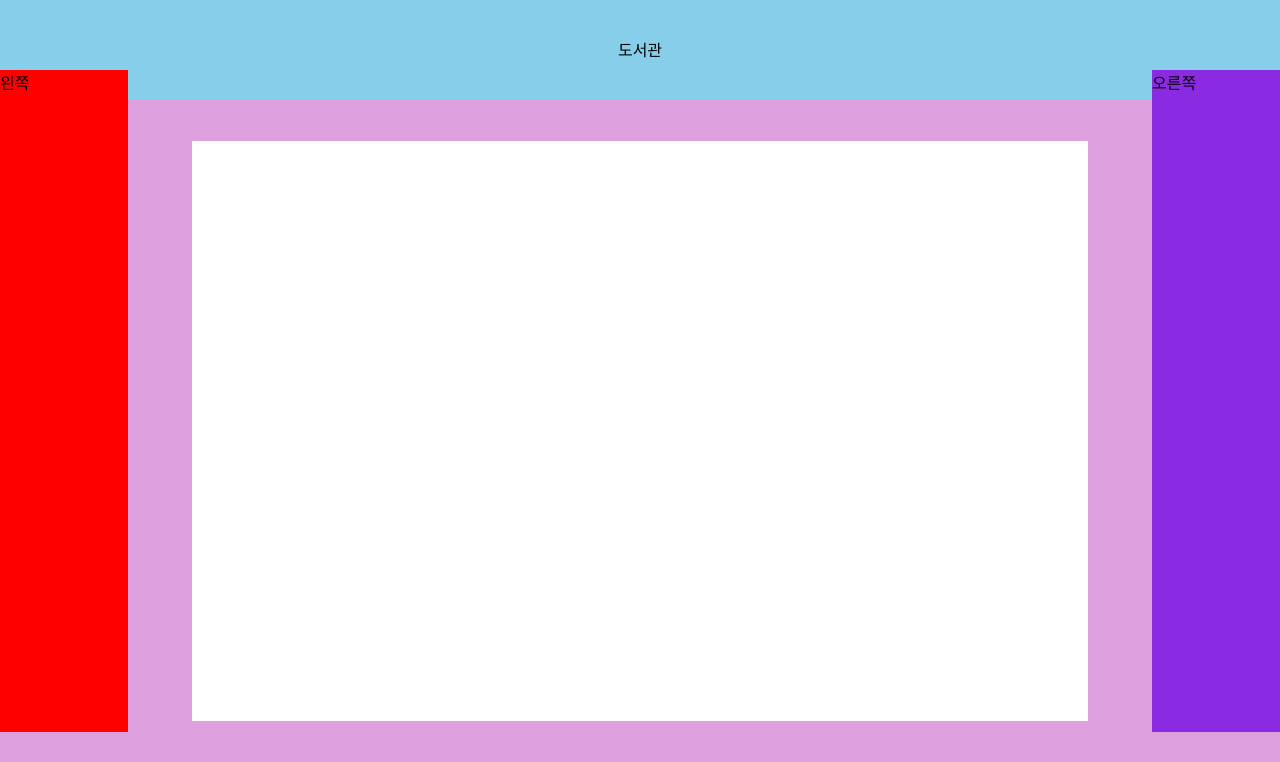
Repository: sojihwan/API_-Multi
Page: / (app in API/)
These files come from the project's save history. The page is drawn as it stood at one moment and after the next save; the edit follows.
The browser window is 1280 px wide. The pictures show the whole page.
The project was rebuilt for these pictures with package versions that can differ from the ones it lists, and the page was loaded fresh each time. Also part of the build but not shown: API/src/App.css.

Above is the page before, as saved 2022-05-24 15:33:51.

### API/src/App.js
import "./App.css";
import Layout from "./Layout/Layout";

function App() {
  return (
    <div>
      <Layout />
    </div>
  );
}

export default App;

### API/src/Layout/layout.js
import React from "react";
import "./Layout.css";
import Section from "./Section";

function Layout() {
  return (
    <div className="layout">
      <header>도서관</header>
      <main>
        <aside>왼쪽</aside>
        <Section />
        <aside>오른쪽</aside>
      </main>
    </div>
  );
}

export default Layout;

### API/src/Layout/layout.css
.layout {
  box-sizing: border-box;
}

header {
  top: 0px;
  width: 100%;
  height: 100px;
  line-height: 100px;
  text-align: center;
  background: skyblue;
}

aside {
  top: 70px;
}

main aside:first-child {
  position: absolute;
  left: 0;
  width: 10%;
  height: 91.9%;
  background: red;
}

main {
  display: flex;
  justify-content: center;
  align-items: center;
  min-height: 91.9vh;
  background: plum;
}

main aside:last-child {
  position: absolute;
  right: 0;
  width: 10%;
  height: 91.9%;
  background: blueviolet;
}

### API/src/Layout/Section.js
import React from "react";
import "../Layout/Section.css";

function Section() {
  return (
    <div className="section">
      <div></div>
    </div>
  );
}

export default Section;

### API/src/Layout/Section.css
.section {
  width: 70%;
  padding: 290px 0;
  text-align: center;
  background: white;
}

Loaded but not shown: API/public/index.html (common file); API/src/index.js (common file); API/src/index.css (common file); API/src/reportWebVitals.js (common file)

After the next save:
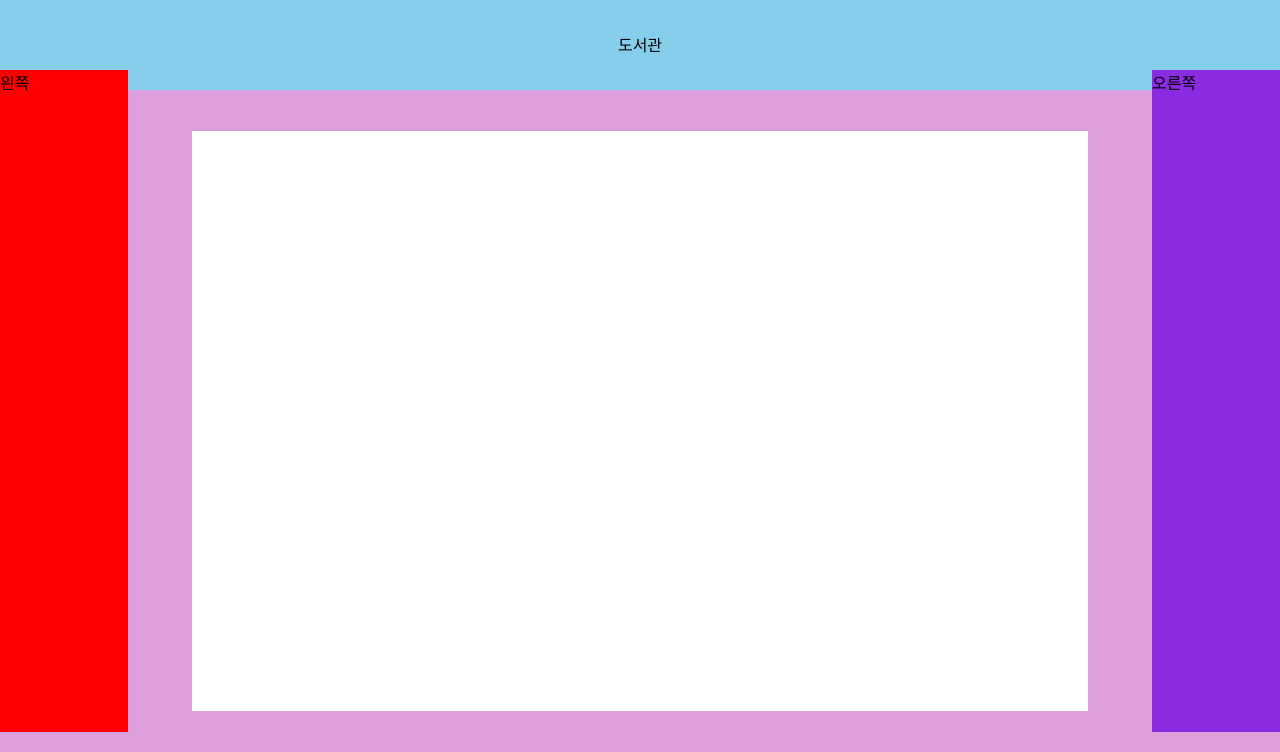
Saved 19 s later.
--- a/API/src/Layout/layout.css
+++ b/API/src/Layout/layout.css
@@ -5,8 +5,8 @@
 header {
   top: 0px;
   width: 100%;
-  height: 100px;
-  line-height: 100px;
+  height: 90px;
+  line-height: 90px;
   text-align: center;
   background: skyblue;
 }
